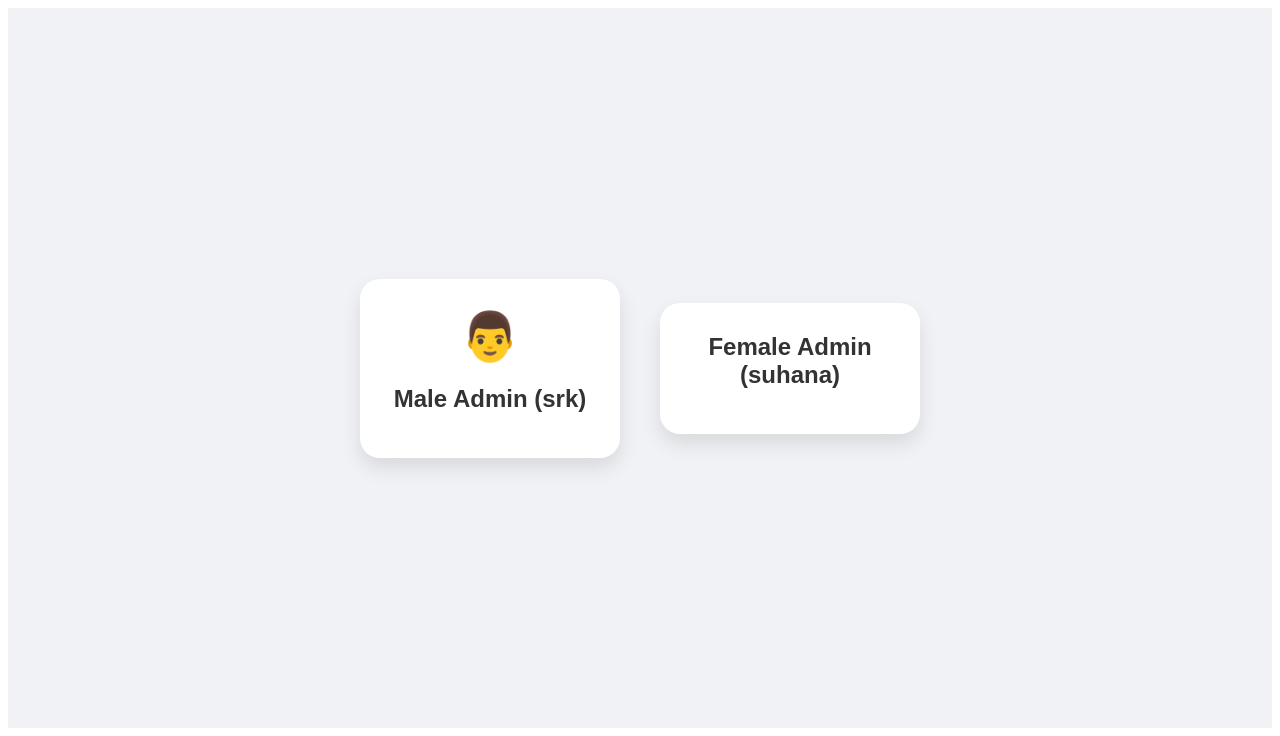
Repository: mdmisri/needy-talk
Page: /home (app in frontend/talk-d1/)
An editor plug-in stored every save of this project. The page is shown before and after a run of saves, followed by the edit.
The browser window is 1280 px wide. The pictures show the whole page.
The page's requests for data from a server got no answer. The project was rebuilt for these pictures with package versions that can differ from the ones it lists, and the page was loaded fresh each time. No one was signed in, and anything a server would have sent is missing. Also part of the build but not shown: frontend/talk-d1/src/components/Login/Login.css, frontend/talk-d1/src/components/Login/Login.js, frontend/talk-d1/src/components/Register/Register.css, frontend/talk-d1/src/components/Register/Register.js, frontend/talk-d1/src/conversationUtils.js, frontend/talk-d1/src/hooks/useConversation.js, frontend/talk-d1/src/components/Chat/styles/Message.css, frontend/talk-d1/src/components/Chat/Message.js and 4 more.

Above is the page before, as saved 2024-07-28 18:00:23.

### frontend/talk-d1/src/index.js
import React from 'react';
import ReactDOM from 'react-dom/client';
import './index.css';
import App from './App';
import { BrowserRouter } from 'react-router-dom';

const root = ReactDOM.createRoot(document.getElementById('root'));
root.render(
  <React.StrictMode>
    <BrowserRouter>
    <App />
    </BrowserRouter>
  </React.StrictMode>
);

// If you want to start measuring performance in your app, pass a function
// to log results (for example: reportWebVitals(console.log))
// or send to an analytics endpoint. Learn more: https://bit.ly/CRA-vitals

### frontend/talk-d1/src/App.js
import React, { useState, useEffect } from 'react';
import { Routes, Route, useNavigate } from 'react-router-dom';
import Login from './components/Login/Login';
import Register from './components/Register/Register';
import ChatBox from './components/Chat/ChatBox';
import AdminChatBox from './components/Chat/AdminChatBox';
import ChatStart from './components/Chat/ChatStart';
import AdminSelection from './components/Chat/AdminSelection';
import socket from './components/Chat/socket';

const App = () => {
    const [user, setUser] = useState(null);
    const [username, setUsername] = useState('');
    const [isAdmin, setIsAdmin] = useState(false);
    const [adminUsername, setAdminUsername] = useState(null);
    const [redirectToChat, setRedirectToChat] = useState(false);
    const navigate = useNavigate();

    useEffect(() => {
        const handleBeforeUnload = () => {
            if (username) {
                socket.emit('userOffline', username);
            }
        };

        window.addEventListener('beforeunload', handleBeforeUnload);

        return () => {
            window.removeEventListener('beforeunload', handleBeforeUnload);
        };
    }, [username]);

    useEffect(() => {
        if (user) {
            if (isAdmin) {
                navigate('/admin-chat');
            } else if (redirectToChat) {
                navigate(`/chat/${adminUsername}`);
            } else {
                navigate('/home');
            }
        }
    }, [user, isAdmin, redirectToChat, adminUsername, navigate]);

    const handleLogout = () => {
        socket.emit('userOffline', username);
        setUser(null);
        setUsername('');
        setIsAdmin(false);
        setAdminUsername(null);
        setRedirectToChat(false);
        navigate('/login');
    };

    const handleAdminSelection = (selectedAdminUsername) => {
        setAdminUsername(selectedAdminUsername);
        setRedirectToChat(true);
    };

    return (
        <div>
            <Routes>
                <Route path="/login" element={<Login setUser={setUser} setUsername={setUsername} setIsAdmin={setIsAdmin} />} />
                <Route path="/register" element={<Register />} />
                {/* Route for admin selection */}
                <Route path="/home" element={!isAdmin ? <ChatStart username={username} onAdminSelect={handleAdminSelection} /> : <AdminChatBox adminUsername={username} handleAdminSelection={handleAdminSelection} />} />
                {/* Route for admin chat box */}
                <Route path="/admin-chat" element={<AdminChatBox adminUsername={username} handleAdminSelection={handleAdminSelection} />} />
                {/* Route for user chat box */}
                <Route path="/chat/:receiverUsername" element={<ChatBox senderUsername={username} />} />
            </Routes>
            {user && <button onClick={handleLogout}>Logout</button>}
        </div>
    );
};

export default App;

### frontend/talk-d1/src/components/Chat/ChatStart.js
import React, { useState } from 'react';
import AdminSelection from './AdminSelection';
import ChatBox from './ChatBox';
import axios from 'axios';

const ChatStart = ({ username, onAdminSelect }) => {
    const [adminUsername, setAdminUsername] = useState(null);
    const [conversationId, setConversationId] = useState(null);
    const [messages, setMessages] = useState([]);

    const handleSelectAdmin = async (admin) => {
        setAdminUsername(admin);
        try {
            const response = await axios.post('http://localhost:3010/api/conversations/start-chat', {
                username,
                adminUsername: admin
            });
            setConversationId(response.data.conversationId);
            fetchMessages(response.data.conversationId);
            onAdminSelect(admin); // Notify the parent to handle redirection
        } catch (error) {
            console.error('Error starting chat:', error);
        }
    };

    const fetchMessages = async (conversationId) => {
        try {
            const response = await axios.get(`http://localhost:3010/api/messages/${conversationId}`);
            setMessages(response.data.messages || []);
        } catch (error) {
            console.error('Error fetching messages:', error);
        }
    };

    return (
        <div>
            {!adminUsername ? (
                <AdminSelection onSelectAdmin={handleSelectAdmin} />
            ) : (
                <ChatBox conversationId={conversationId} messages={messages} />
            )}
        </div>
    );
};

export default ChatStart;

### frontend/talk-d1/src/components/Chat/AdminSelection.js
import React from 'react';
import './styles/AdminSelection.css'; // Create this CSS file for styling

const AdminSelection = ({ onSelectAdmin }) => {
    return (
        <div className="admin-selection-container">
            <div className="card" onClick={() => onSelectAdmin('srk')}>
            <div className="card-icon">👨</div>
                <h3>Male Admin (srk)</h3>
            </div>
            <div className="card" onClick={() => onSelectAdmin('suhana')}>
                <h3>Female Admin (suhana)</h3>
            </div>
        </div>
    );
};

export default AdminSelection;

### frontend/talk-d1/src/components/Chat/socket.js
// socket.js
import io from 'socket.io-client';

const socket = io('http://localhost:3010');

export default socket;

### frontend/talk-d1/src/components/Chat/styles/AdminSelection.css
/* AdminSelection.css */
.admin-selection-container {
    display: flex;
    justify-content: center;
    align-items: center;
    height: 100vh;
    background-color: #f0f2f5;
    font-family: 'Arial', sans-serif;
}

.card {
    background-color: #ffffff;
    margin: 0 20px;
    padding: 30px;
    border-radius: 20px;
    text-align: center;
    cursor: pointer;
    transition: all 0.3s ease;
    box-shadow: 0 10px 20px rgba(0, 0, 0, 0.1);
    width: 200px;
}

.card:hover {
    transform: translateY(-10px);
    box-shadow: 0 15px 30px rgba(0, 0, 0, 0.2);
}

.card h3 {
    margin: 0 0 15px 0;
    color: #333;
    font-size: 24px;
    font-weight: 600;
}

.card-icon {
    font-size: 48px;
    margin-bottom: 20px;
    color: #007bff;
}

.card-description {
    font-size: 14px;
    color: #666;
    margin-bottom: 20px;
}

.card-button {
    background-color: #007bff;
    color: white;
    border: none;
    padding: 10px 20px;
    border-radius: 50px;
    font-size: 16px;
    transition: background-color 0.3s ease;
}

.card-button:hover {
    background-color: #0056b3;
}

@media (max-width: 768px) {
    .admin-selection-container {
        flex-direction: column;
    }

    .card {
        margin: 20px 0;
        width: 80%;
        max-width: 300px;
    }
}

Loaded but not shown: frontend/talk-d1/public/index.html (common file); frontend/talk-d1/src/index.css (no stored copy; drawn as an empty file)

After the next 3 saves:
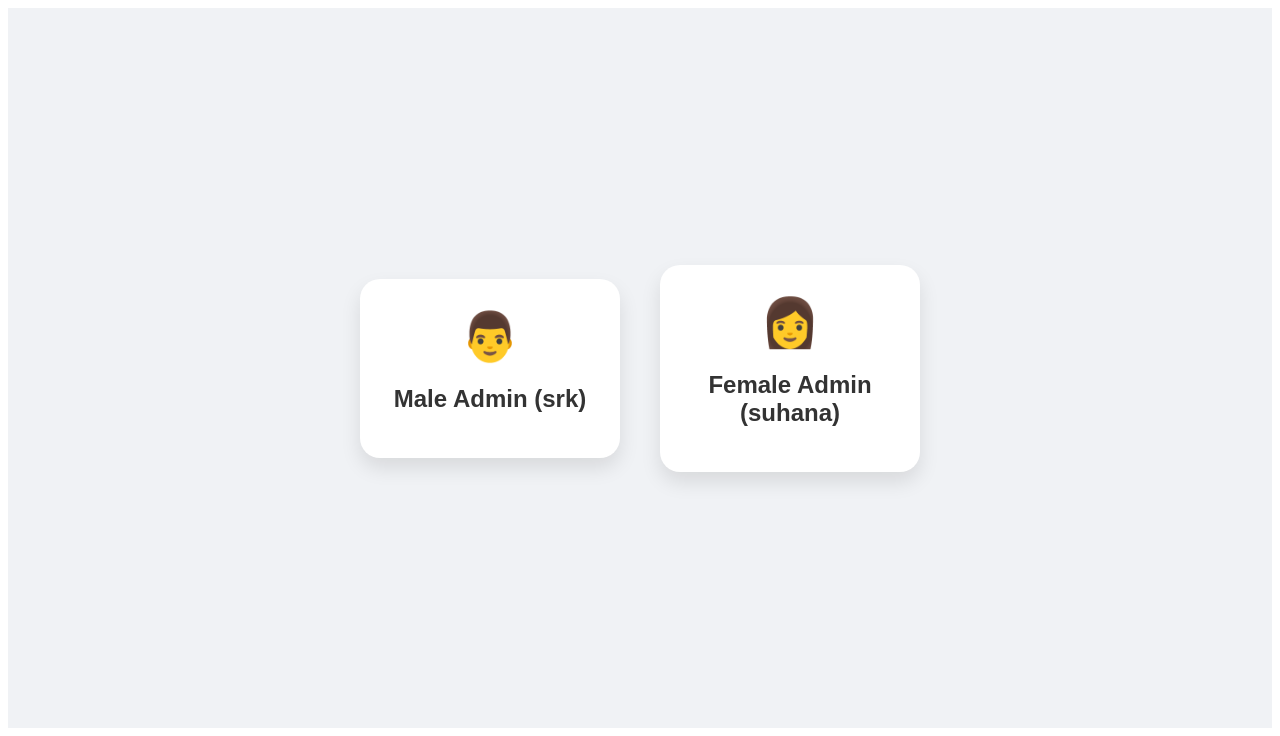
The 3 saves are shown as one change because they came seconds apart.
The last was saved 15 s later.
--- a/frontend/talk-d1/src/components/Chat/AdminSelection.js
+++ b/frontend/talk-d1/src/components/Chat/AdminSelection.js
@@ -9,6 +9,7 @@ const AdminSelection = ({ onSelectAdmin }) => {
                 <h3>Male Admin (srk)</h3>
             </div>
             <div className="card" onClick={() => onSelectAdmin('suhana')}>
+            <div className="card-icon">👩</div>
                 <h3>Female Admin (suhana)</h3>
             </div>
         </div>
